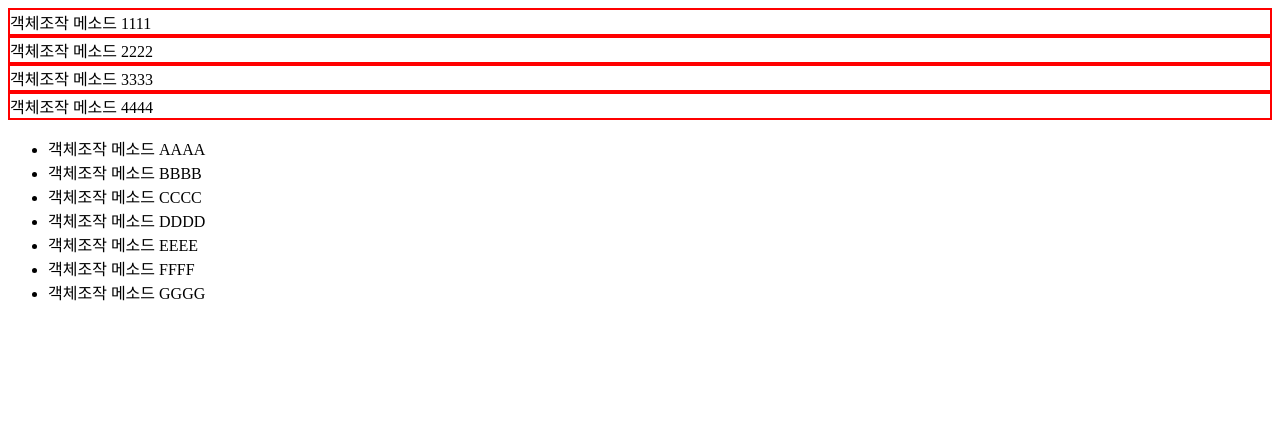
Repository: KangSuA/JSP
Page: webApp/src/main/webapp/jquery/jq06_object.html
An editor plug-in stored every save of this project. The page is shown before and after the next save, followed by the edit.
The browser window is 1280 px wide. The pictures show the whole page.

Above is the page before, as saved 2023-02-14 06:41:23.
Console error: SyntaxError: Invalid destructuring assignment target

### webApp/src/main/webapp/jquery/jq06_object.html
<!DOCTYPE html>
<html>
<head>
<meta charset="UTF-8">
<title>Insert title here</title>
<script src="https://cdnjs.cloudflare.com/ajax/libs/jquery/3.6.3/jquery.min.js" ></script>
<style>
	div{border:2px solid red; marign:5px;}
</style>
<script>
	$(function({
		//객체 감싸기
		//wrap() : 선택자를 특정 태그로 각각 감쌈
		$('.c1').wrap('<h1/>');
		//wrapAll() : 선택자를 특정태그로 한번에 감쌈
		$('.c2').wrapAll('<div/>');
	}))
</script>
</head>
<body>
<div class="c1">객체조작 메소드 1111</div>
<div class="c1">객체조작 메소드 2222</div>
<div class="c2">객체조작 메소드 3333</div>
<div class="c2">객체조작 메소드 4444</div>

<ul id="list">
	<li>객체조작 메소드 AAAA</li>
	<li>객체조작 메소드 BBBB</li>
	<li>객체조작 메소드 CCCC</li>
	<li>객체조작 메소드 DDDD</li>
	<li>객체조작 메소드 EEEE</li>
	<li>객체조작 메소드 FFFF</li>
	<li>객체조작 메소드 GGGG</li>
</ul>

</body>
</html>

After the next save:
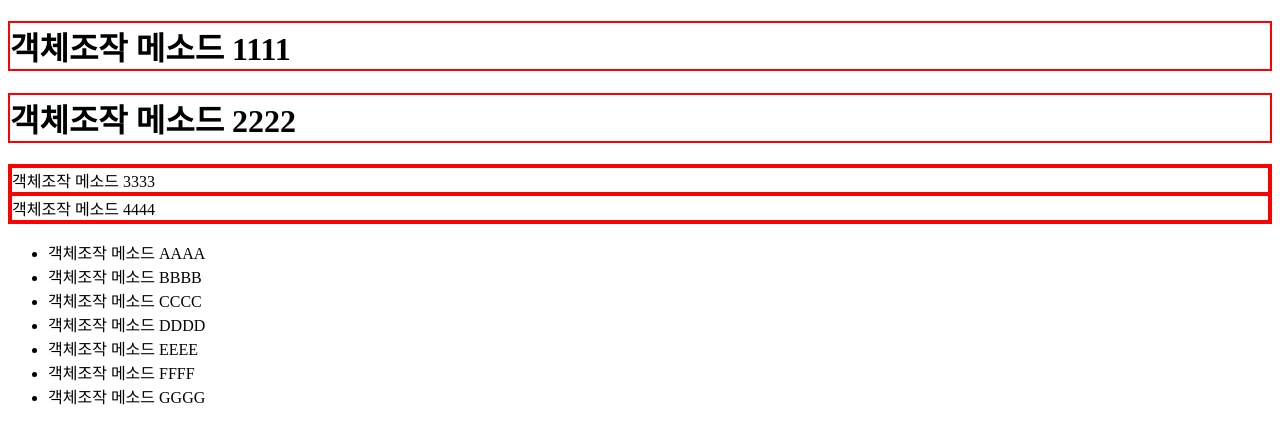
The error is gone.
Saved 36 s later.
--- a/webApp/src/main/webapp/jquery/jq06_object.html
+++ b/webApp/src/main/webapp/jquery/jq06_object.html
@@ -8,13 +8,13 @@
 	div{border:2px solid red; marign:5px;}
 </style>
 <script>
-	$(function({
+	$(function(){
 		//객체 감싸기
 		//wrap() : 선택자를 특정 태그로 각각 감쌈
 		$('.c1').wrap('<h1/>');
 		//wrapAll() : 선택자를 특정태그로 한번에 감쌈
 		$('.c2').wrapAll('<div/>');
-	}))
+	});
 </script>
 </head>
 <body>
